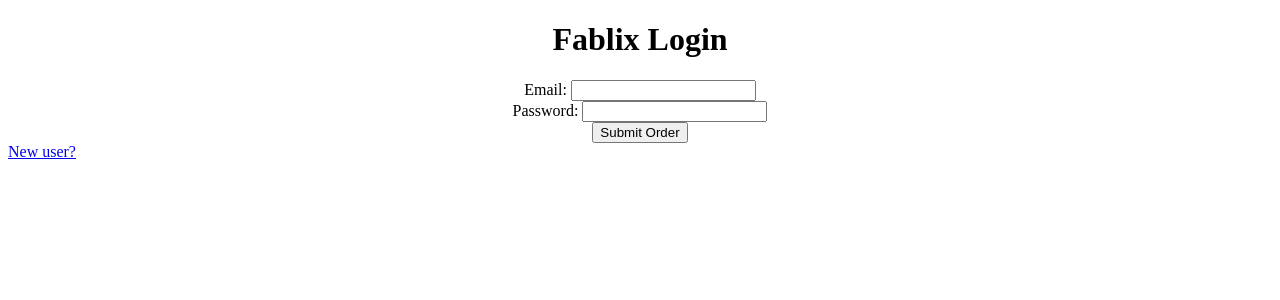
Repository: xzou4/CS221b
Page: fablix/WebContent/login.html
These files come from the project's save history. The page is drawn as it stood at one moment and after the next save; the edit follows.
The browser window is 1280 px wide. The pictures show the whole page.

Above is the page before, as saved 2017-02-09 03:13:21.

After the next save:
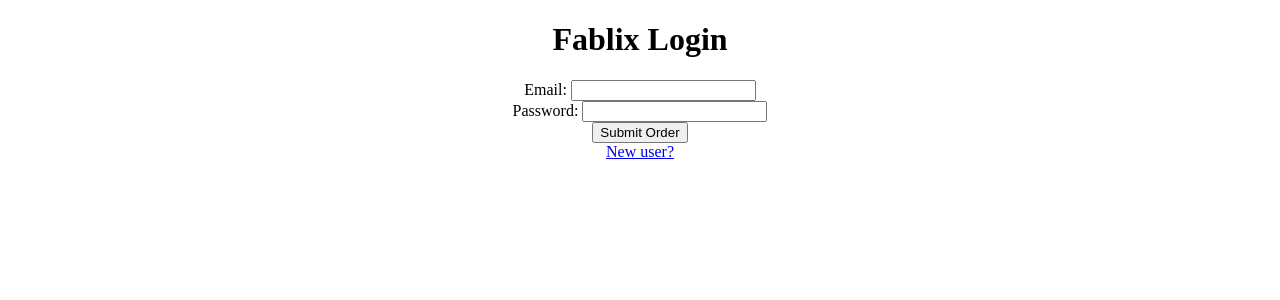
Saved 4 min 29 s later.
--- a/fablix/WebContent/login.html
+++ b/fablix/WebContent/login.html
@@ -17,6 +17,6 @@
     <INPUT TYPE="SUBMIT" VALUE="Submit Order">
   </CENTER>
 </FORM>
-<a href = "register.html">New user?</a>
+<center><a href = "register.html">New user?</a>
 </body>
 </html>
